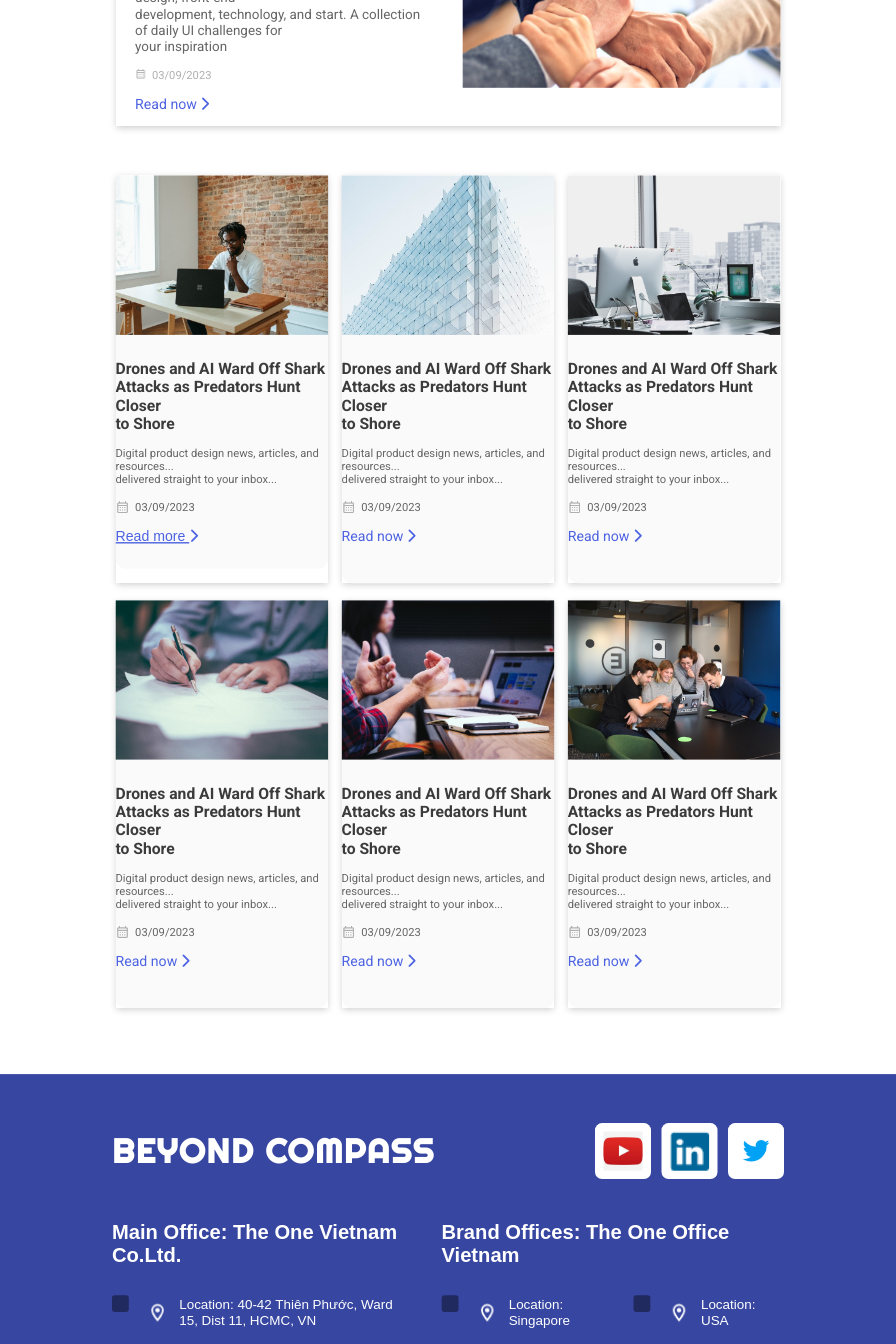
Repository: trunghau06/baitapRn
Page: pages/news.html
An editor plug-in stored every save of this project. The page is shown before and after a run of saves, followed by the edit.
The browser window is 1280 px wide. The pictures show the part of the page from y = 669 to 2589 px (the page is 3454 px tall before and 3302 px after), at 70% of full size.

Above is the page before, as saved 2025-10-09 22:47:00.

After the next 2 saves:
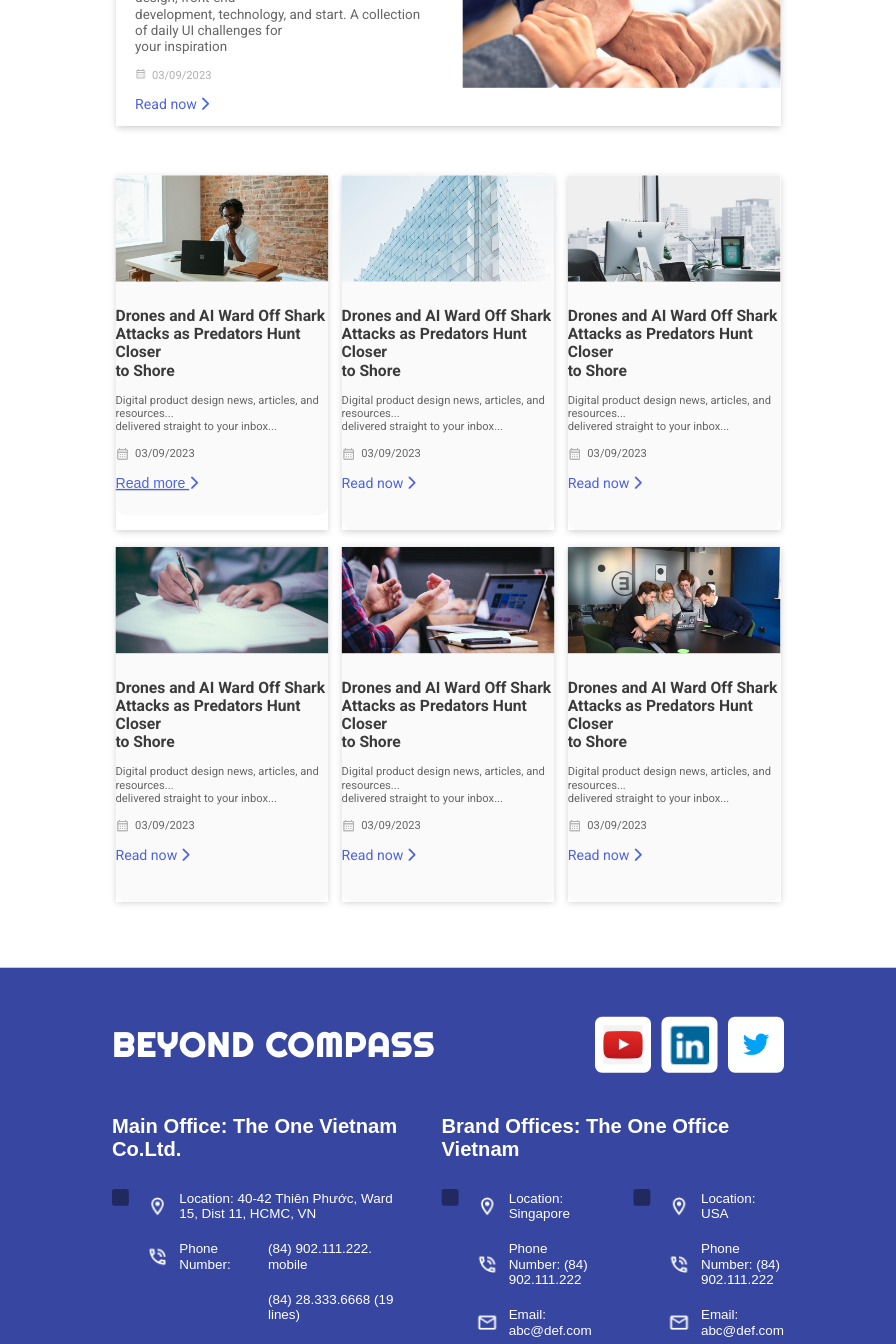
The 2 saves are shown as one change because they came seconds apart.
The last was saved 26 s later.
--- a/style/news.css
+++ b/style/news.css
@@ -292,7 +292,7 @@ nav ul li a.active::after {
 
 .box img {
     width: 100%;
-    aspect-ratio: 4/3;
+    aspect-ratio: 4/2;
     object-fit: cover;
 }
 
